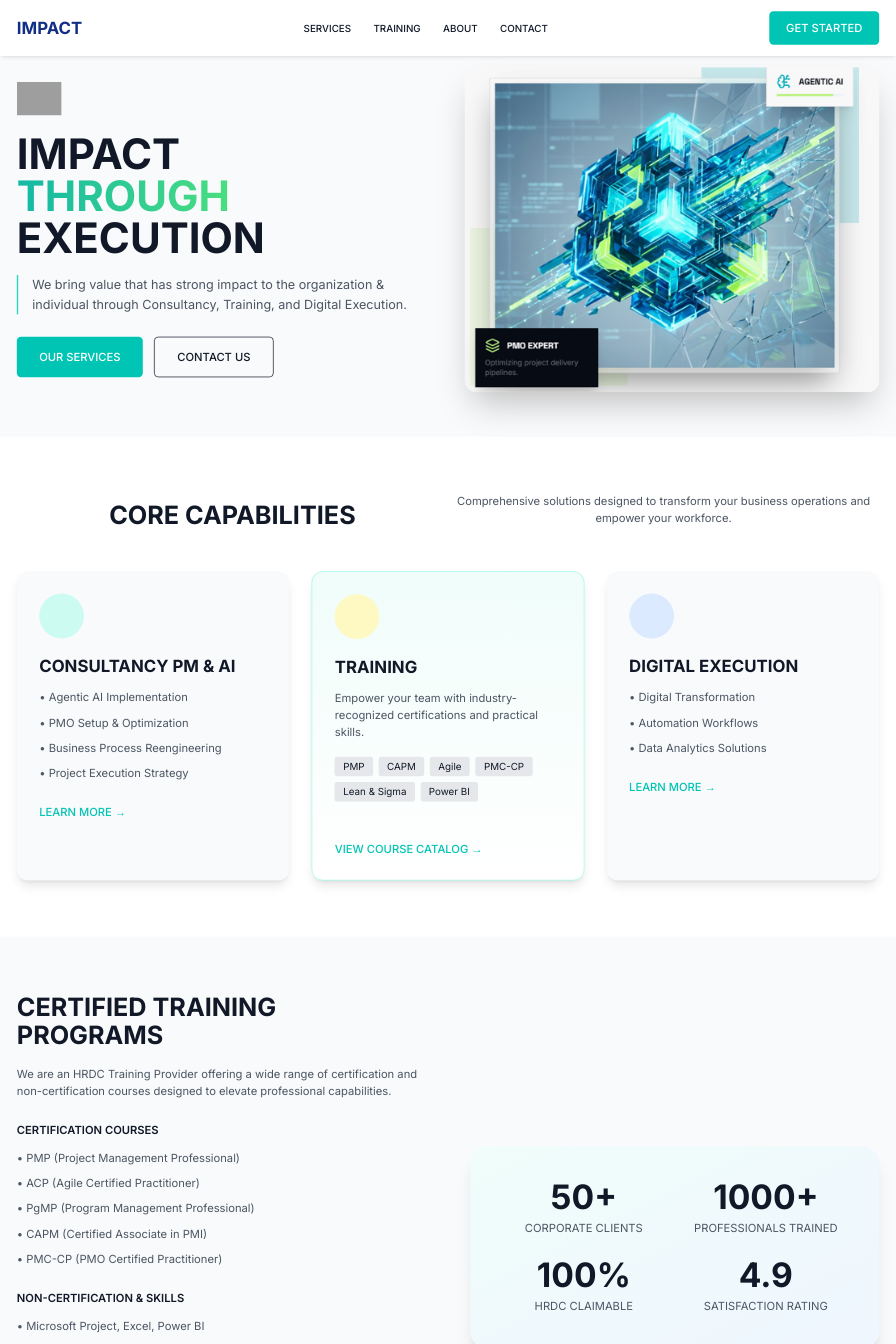
Repository: hsuntariq/web-pages
Page: impact/index.html
These files come from the project's save history. The page is drawn as it stood at one moment and after the next save; the edit follows.
The browser window is 1280 px wide. The pictures show the part of the page from y = 0 to 1920 px (the page is 4070 px tall), at 70% of full size.
Pictures or frames that could not be fetched are drawn as grey boxes. Some web libraries are served in a nearby version.

Above is the page before, as saved 2025-12-28 20:22:56.

### impact/index.html
<!DOCTYPE html>
<html lang="en" class="scroll-smooth">
  <head>
    <meta charset="UTF-8" />
    <meta name="viewport" content="width=device-width, initial-scale=1.0" />
    <title>
      Impact Through Execution – HRDC Certified Training Provider Malaysia
    </title>
    <meta
      name="description"
      content="HRDC certified training provider offering PMP, CAPM, Agile, AI in PM, and digital transformation courses in Malaysia. Consultancy, corporate training, and execution solutions."
    />
    <script src="https://cdn.tailwindcss.com"></script>
    <script>
      tailwind.config = {
        theme: {
          extend: {
            colors: {
              primary: "#00C4B4", // teal for buttons
              accent: "#122F87", // dark blue for accents
            },
          },
        },
      };
    </script>
    <link
      href="https://fonts.googleapis.com/css2?family=Inter:wght@400;500;600;700;800&display=swap"
      rel="stylesheet"
    />
    <style>
      body {
        font-family: "Inter", sans-serif;
      }
    </style>
  </head>
  <body class="bg-white text-gray-900">
    <!-- Navigation -->
    <header class="fixed top-0 left-0 right-0 bg-white shadow-md z-50">
      <nav
        class="max-w-7xl mx-auto px-6 py-4 flex items-center justify-between"
      >
        <div class="text-2xl font-bold text-accent">IMPACT</div>
        <div class="hidden md:flex space-x-8 text-sm font-medium">
          <a href="#services" class="hover:text-primary transition">SERVICES</a>
          <a href="#training" class="hover:text-primary transition">TRAINING</a>
          <a href="#about" class="hover:text-primary transition">ABOUT</a>
          <a href="#contact" class="hover:text-primary transition">CONTACT</a>
        </div>
        <a
          href="#"
          class="bg-primary text-white px-6 py-3 rounded-md font-medium hover:bg-primary/90 transition"
          >GET STARTED</a
        >
      </nav>
    </header>

    <!-- Hero Section -->
    <section class="pt-24 pb-16 bg-gray-50">
      <div
        class="max-w-7xl mx-auto px-6 grid lg:grid-cols-2 gap-12 items-center"
      >
        <div>
          <img
            src="https://precisionwellness.my/wp-content/uploads/2025/06/HRDC_Claimable_Registered_Training_Provider_Logos-scaled.webp"
            alt="HRDC Certified Training Provider"
            class="h-12 mb-6"
          />
          <h1
            class="text-5xl md:text-6xl font-bold text-gray-900 leading-tight"
          >
            IMPACT<br />
            <span
              class="bg-gradient-to-r text-transparent from-teal-500 bg-clip-text to-green-400"
            >
              THROUGH
            </span>
            <br />EXECUTION
          </h1>
          <p
            class="text-lg text-gray-600 border border-l-3 border-teal-400 border-2 border-t-0 border-b-0 border-e-0 ps-5 mt-6 mb-8"
          >
            We bring value that has strong impact to the organization &
            individual through Consultancy, Training, and Digital Execution.
          </p>
          <div class="flex flex-col sm:flex-row gap-4">
            <a
              href="#"
              class="bg-primary text-white px-8 py-4 rounded-md font-medium hover:bg-primary/90 transition"
              >OUR SERVICES</a
            >
            <a
              href="#"
              class="border border-gray-900 text-gray-900 px-8 py-4 rounded-md font-medium hover:bg-gray-900 hover:text-white transition"
              >CONTACT US</a
            >
          </div>
        </div>
        <div class="relative">
          <img
            src="./hero.PNG"
            alt="Agentic AI transforming project management"
            class="rounded-2xl shadow-2xl w-full"
          />
          <!-- <div
            class="absolute top-4 right-4 bg-black text-white px-4 py-2 rounded-md text-sm font-medium"
          >
            AGENTIC AI
          </div> -->
          <!-- <div
            class="absolute bottom-4 left-4 bg-black text-white px-6 py-3 rounded-md font-medium"
          >
            PMO EXPERT<br />Delivering project delivery excellence
          </div> -->
        </div>
      </div>
    </section>

    <!-- Core Capabilities -->
    <section class="py-20 bg-white">
      <div class="max-w-7xl mx-auto px-6">
        <div
          class="grid grid-cols-1 md:grid-cols-2 justify-between items-center"
        >
          <h2 class="text-4xl font-bold text-center mb-12">
            CORE CAPABILITIES
          </h2>
          <p class="text-center text-gray-600 mb-16 max-w-3xl mx-auto">
            Comprehensive solutions designed to transform your business
            operations and empower your workforce.
          </p>
        </div>
        <div class="grid grid-cols-1 md:grid-cols-3 gap-8">
          <!-- Consultancy PM & AI -->
          <div class="bg-gray-50 rounded-2xl p-8 shadow-lg">
            <div class="bg-teal-100 w-16 h-16 rounded-full mb-6"></div>
            <h3 class="text-2xl font-bold mb-4">CONSULTANCY PM & AI</h3>
            <ul class="space-y-3 text-gray-600">
              <li>• Agentic AI Implementation</li>
              <li>• PMO Setup & Optimization</li>
              <li>• Business Process Reengineering</li>
              <li>• Project Execution Strategy</li>
            </ul>
            <a
              href="#"
              class="mt-8 inline-block text-primary font-medium hover:underline"
              >LEARN MORE →</a
            >
          </div>
          <!-- Training -->
          <div
            class="bg-gradient-to-b from-teal-50 to-white rounded-2xl p-8 shadow-lg border border-teal-200"
          >
            <div class="bg-yellow-100 w-16 h-16 rounded-full mb-6"></div>
            <h3 class="text-2xl font-bold mb-4">TRAINING</h3>
            <p class="text-gray-600 mb-6">
              Empower your team with industry-recognized certifications and
              practical skills.
            </p>
            <div class="flex flex-wrap gap-2 mb-6">
              <span class="bg-gray-200 px-3 py-1 rounded text-sm">PMP</span>
              <span class="bg-gray-200 px-3 py-1 rounded text-sm">CAPM</span>
              <span class="bg-gray-200 px-3 py-1 rounded text-sm">Agile</span>
              <span class="bg-gray-200 px-3 py-1 rounded text-sm">PMC-CP</span>
              <span class="bg-gray-200 px-3 py-1 rounded text-sm"
                >Lean & Sigma</span
              >
              <span class="bg-gray-200 px-3 py-1 rounded text-sm"
                >Power BI</span
              >
            </div>
            <a
              href="#"
              class="mt-8 inline-block text-primary font-medium hover:underline"
              >VIEW COURSE CATALOG →</a
            >
          </div>
          <!-- Digital Execution -->
          <div class="bg-gray-50 rounded-2xl p-8 shadow-lg">
            <div class="bg-blue-100 w-16 h-16 rounded-full mb-6"></div>
            <h3 class="text-2xl font-bold mb-4">DIGITAL EXECUTION</h3>
            <ul class="space-y-3 text-gray-600">
              <li>• Digital Transformation</li>
              <li>• Automation Workflows</li>
              <li>• Data Analytics Solutions</li>
            </ul>
            <a
              href="#"
              class="mt-8 inline-block text-primary font-medium hover:underline"
              >LEARN MORE →</a
            >
          </div>
        </div>
      </div>
    </section>

    <!-- Certified Training Programs -->
    <section class="py-20 bg-gray-50">
      <div
        class="max-w-7xl mx-auto px-6 grid lg:grid-cols-2 gap-16 items-center"
      >
        <div>
          <h2 class="text-4xl font-bold mb-6">CERTIFIED TRAINING PROGRAMS</h2>
          <p class="text-gray-600 mb-8">
            We are an HRDC Training Provider offering a wide range of
            certification and non-certification courses designed to elevate
            professional capabilities.
          </p>
          <div class="space-y-8">
            <div>
              <h4 class="font-semibold mb-4">CERTIFICATION COURSES</h4>
              <ul class="space-y-3 text-gray-600">
                <li>• PMP (Project Management Professional)</li>
                <li>• ACP (Agile Certified Practitioner)</li>
                <li>• PgMP (Program Management Professional)</li>
                <li>• CAPM (Certified Associate in PMI)</li>
                <li>• PMC-CP (PMO Certified Practitioner)</li>
              </ul>
            </div>
            <div>
              <h4 class="font-semibold mb-4">NON-CERTIFICATION & SKILLS</h4>
              <ul class="space-y-3 text-gray-600">
                <li>• Microsoft Project, Excel, Power BI</li>
                <li>• Critical Thinking</li>
                <li>• Agile Methodologies</li>
                <li>• JIRA Administration</li>
                <li>• PMI Essential</li>
                <li>• AI + Agentic AI Automation</li>
                <li>• Lean & Sigma</li>
              </ul>
            </div>
            <a
              href="#"
              class="bg-gray-900 text-white px-8 py-4 rounded-md font-medium hover:bg-gray-800 transition"
              >DOWNLOAD COURSE BROCHURE</a
            >
          </div>
        </div>
        <div
          class="bg-gradient-to-br from-teal-50 to-blue-50 rounded-3xl p-12 shadow-xl"
        >
          <div class="grid grid-cols-2 gap-8 text-center">
            <div>
              <div class="text-5xl font-bold text-gray-900">50+</div>
              <p class="text-gray-600 mt-2">CORPORATE CLIENTS</p>
            </div>
            <div>
              <div class="text-5xl font-bold text-gray-900">1000+</div>
              <p class="text-gray-600 mt-2">PROFESSIONALS TRAINED</p>
            </div>
            <div>
              <div class="text-5xl font-bold text-gray-900">100%</div>
              <p class="text-gray-600 mt-2">HRDC CLAIMABLE</p>
            </div>
            <div>
              <div class="text-5xl font-bold text-gray-900">4.9</div>
              <p class="text-gray-600 mt-2">SATISFACTION RATING</p>
            </div>
          </div>
        </div>
      </div>
    </section>

    <!-- Upcoming Classes -->
    <section class="py-16 bg-black text-white text-center">
      <div class="max-w-7xl mx-auto px-6">
        <h2 class="text-4xl font-bold mb-4">UPCOMING CLASSES</h2>
        <p class="text-lg mb-10">
          Ready to level up? Check out our schedule for the latest PMP, Agile,
          and AI workshops.
        </p>
        <a
          href="#"
          class="bg-primary text-white px-10 py-5 rounded-md text-lg font-medium hover:bg-primary/90 transition inline-block"
          >VIEW CLASS SCHEDULE →</a
        >
      </div>
    </section>

    <!-- Double Impact Advantage -->
    <section class="py-20 bg-white">
      <div class="max-w-7xl mx-auto px-6">
        <h2 class="text-4xl font-bold text-center mb-12">
          THE DOUBLE IMPACT ADVANTAGE
        </h2>
        <p class="text-center text-gray-600 mb-16 max-w-3xl mx-auto">
          We don’t just teach; we ensure transformation. Our unique methodology
          guarantees results for both the individual and the organization.
        </p>
        <div class="grid lg:grid-cols-2 gap-12 items-center">
          <div class="space-y-12">
            <div class="flex gap-6">
              <div
                class="bg-teal-100 w-16 h-16 rounded-full flex-shrink-0"
              ></div>
              <div>
                <h4 class="font-bold text-xl">AI STUDY COMPANION</h4>
                <p class="text-gray-600">
                  Learning doesn’t stop when the class ends. Our Custom AI tutor
                  helps students study after sessions, reinforcing concepts and
                  answering questions 24/7.
                </p>
              </div>
            </div>
            <div class="flex gap-6">
              <div
                class="bg-teal-100 w-16 h-16 rounded-full flex-shrink-0"
              ></div>
              <div>
                <h4 class="font-bold text-xl">POST-CLASS COACHING</h4>
                <p class="text-gray-600">
                  We provide dedicated coaching sessions to ensure knowledge is
                  applied correctly in the real world, maximizing the ROI for
                  the organization.
                </p>
              </div>
            </div>
            <div class="flex gap-6">
              <div
                class="bg-teal-100 w-16 h-16 rounded-full flex-shrink-0"
              ></div>
              <div>
                <h4 class="font-bold text-xl">DOUBLE THE IMPACT</h4>
                <p class="text-gray-600">
                  By combining cutting-edge tech with human mentorship, we
                  deliver exponential growth. Better skills for the employee,
                  better results for the company.
                </p>
              </div>
            </div>
          </div>
          <div class="relative">
            <div class="bg-gray-900 rounded-3xl p-12 shadow-2xl text-white">
              <div class="flex justify-between items-start mb-8">
                <div class="text-4xl font-bold">100% Success</div>
                <div class="text-yellow-400">★★★★★</div>
              </div>
              <p class="text-2xl font-bold mb-6">PMP Certificate Holder Rate</p>
              <blockquote class="text-lg italic mb-8">
                “I was worried about the PMP exam, but the AI tutor made it a
                breeze! It was actually... fun?”
              </blockquote>
              <p class="font-medium">— John S.</p>
              <blockquote class="text-lg italic mt-8 mb-8">
                “The only thing agile about me before this was how fast I ran
                away from spreadsheets. Now I'm a pro!”
              </blockquote>
              <p class="font-medium">— Amanda L.</p>
              <a
                href="#"
                class="mt-10 inline-block text-primary font-medium hover:underline"
                >SEE MORE SUCCESS STORIES →</a
              >
            </div>
          </div>
        </div>
      </div>
    </section>

    <!-- CTA -->
    <section
      class="py-20"
      style="
        background-image: url('https://thumbs.dreamstime.com/b/creative-glowing-blue-forex-chart-wallpaper-grid-invest-finance-concept-stock-market-chart-business-graph-background-159151545.jpg');
        background-size: cover;
        background-position: center;
      "
    >
      <div class="max-w-7xl mx-auto px-6 text-center text-white">
        <h2 class="text-5xl font-bold mb-6">READY TO MAKE AN IMPACT?</h2>
        <p class="text-xl mb-12">
          Let’s discuss how our consultancy and training solutions can drive
          your organization forward.
        </p>
        <div class="flex flex-col sm:flex-row gap-6 justify-center">
          <a
            href="#"
            class="bg-primary text-white px-10 py-5 rounded-md text-lg font-medium hover:bg-primary/90 transition"
            >GET IN TOUCH</a
          >
          <a
            href="#"
            class="border-2 border-white text-white px-10 py-5 rounded-md text-lg font-medium hover:bg-white hover:text-black transition"
            >VIEW CASE STUDIES</a
          >
        </div>
      </div>
    </section>

    <!-- Footer -->
    <footer class="bg-black text-white py-12">
      <div class="max-w-7xl mx-auto px-6 grid md:grid-cols-4 gap-8">
        <div>
          <div class="text-3xl font-bold mb-4">IMPACT</div>
          <p class="text-sm text-gray-400">
            We bring value that has strong impact to the organization &
            individual through Consultancy, Training, and Digital Execution.
          </p>
        </div>
        <div>
          <h4 class="font-bold mb-4">SERVICES</h4>
          <ul class="space-y-2 text-sm text-gray-400">
            <li>Consultancy PM & AI</li>
            <li>Corporate Training</li>
            <li>Digital Execution</li>
            <li>Business Process Reengineering</li>
          </ul>
        </div>
        <div>
          <h4 class="font-bold mb-4">COMPANY</h4>
          <ul class="space-y-2 text-sm text-gray-400">
            <li>About Us</li>
            <li>Contact</li>
            <li>Careers</li>
            <li>Privacy Policy</li>
          </ul>
        </div>
        <div class="text-right">
          <p class="text-sm text-gray-400">
            © 2025 Impact. All rights reserved.
          </p>
          <p class="text-xs text-gray-500 mt-4">
            HRDC Training Provider Certified
          </p>
        </div>
      </div>
    </footer>
  </body>
</html>

After the next save:
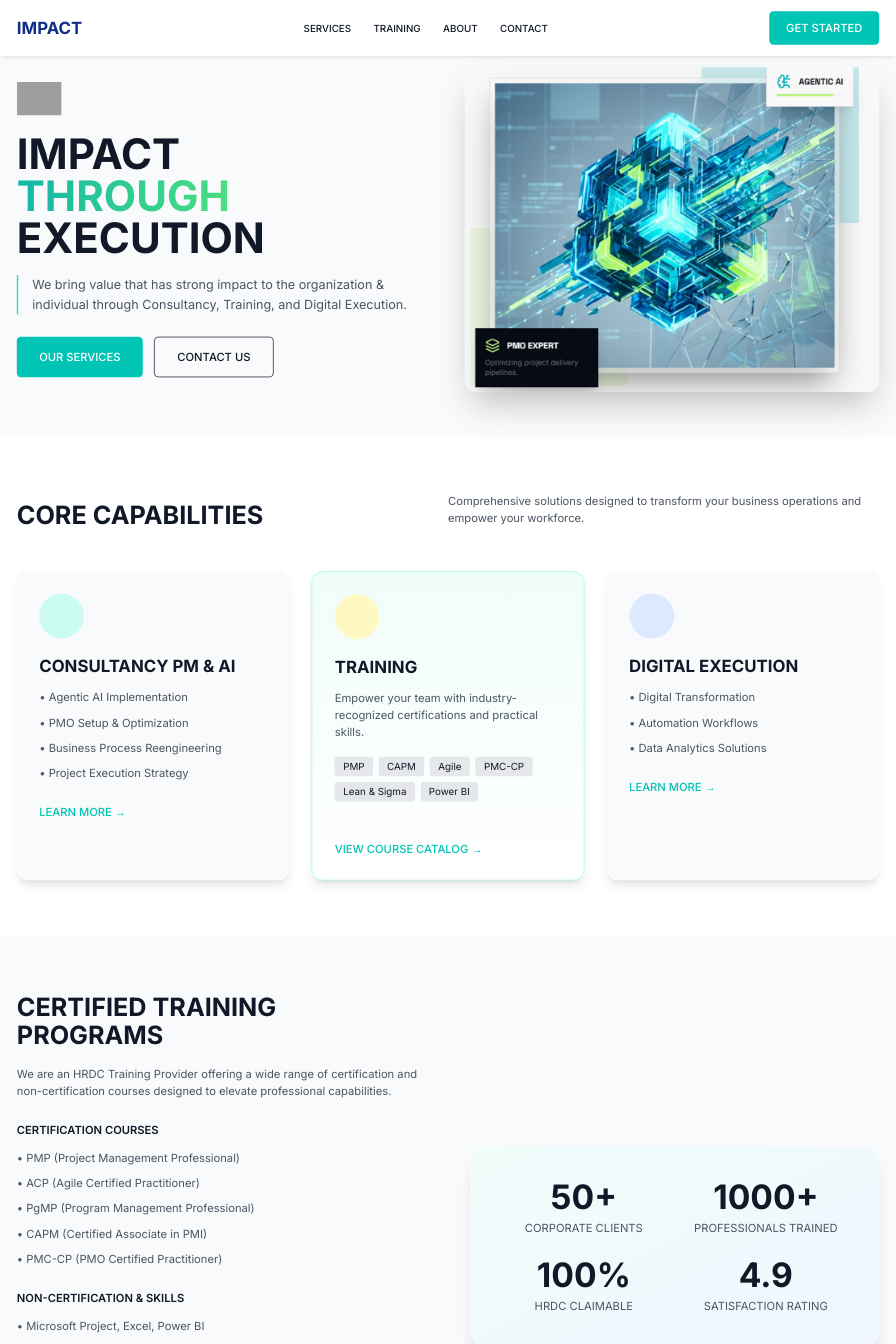
Saved 5 s later.
--- a/impact/index.html
+++ b/impact/index.html
@@ -121,10 +121,8 @@
         <div
           class="grid grid-cols-1 md:grid-cols-2 justify-between items-center"
         >
-          <h2 class="text-4xl font-bold text-center mb-12">
-            CORE CAPABILITIES
-          </h2>
-          <p class="text-center text-gray-600 mb-16 max-w-3xl mx-auto">
+          <h2 class="text-4xl font-bold text-left mb-12">CORE CAPABILITIES</h2>
+          <p class="text-left text-gray-600 mb-16 max-w-3xl mx-auto">
             Comprehensive solutions designed to transform your business
             operations and empower your workforce.
           </p>
